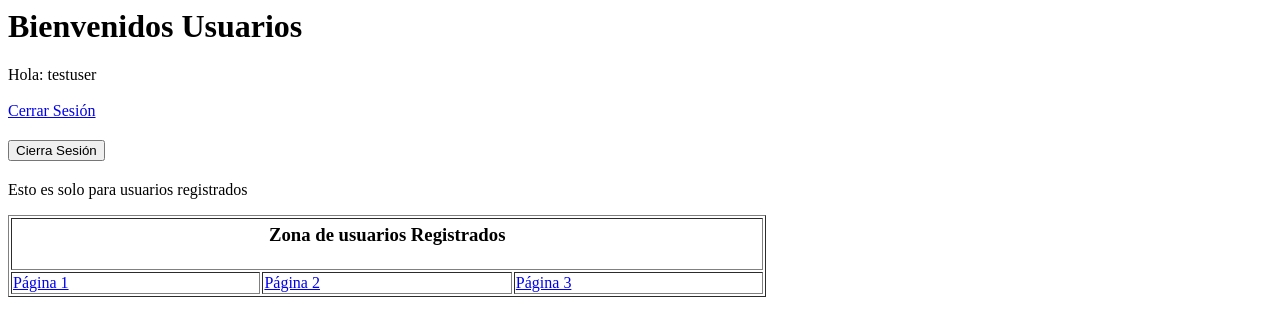
Repository: dasafo/PHP_MySQL_curso
Page: http://localhost/UsuariosRegistrados1.php
These files come from the project's save history. The page is drawn as it stood at one moment and after the next save; the edit follows.
The browser window is 1280 px wide. The pictures show the whole page.
The page is run by PHP 8.4 with error messages shown; the project is at /var/www/html/. The session is filled in as if someone had signed in: {"usuario": "testuser"}. Other server files are loaded and not shown.

Above is the page before, as saved 2018-11-09 18:07:42.

### SistemaLogin_39/UsuariosRegistrados1.php
<!DOCTYPE HTML PUBLIC "-//W3C//DTD HTML 4.01 Frameset//EN">
<html>
<head>
<meta http-equiv="Content-Type" content="text/html; charset=UTF-8">
<title>Insert title here</title>
</head>

<body>

	<?php

	   session_start(); //reanudamos la sesión

	   if(!isset($_SESSION["usuario"])){ //lo hacemos para que no se pueda pegar esta pagina en otro navegador y poder entrar sin pasar por Password

	       header("Location:Login.php");
	   }


	?>

   <h1>Bienvenidos Usuarios</h1>

   <?php

    echo "Hola: " . $_SESSION["usuario"] . "<br><br>";

   ?>

   <a href="Cierre.php">Cerrar Sesión</a>

    <form action="Cierre.php">
    <h2><input type="submit" value="Cierra Sesión" /></h2>
	</form>


   <p>Esto es solo para usuarios registrados</p>



   <table style="width: 60%;" border="1">
      <tbody>
        <tr align="center">
          <td rowspan="1" colspan="3" style="height: 52px;">
            <h3>Zona de usuarios Registrados</h3>
          </td>
        </tr>
        <tr>
          <td><a href="UsuariosRegistrados2.php">Página 1</a></td>
          <td><a href="UsuariosRegistrados3.php">Página 2</a></td>
          <td><a href="UsuariosRegistrados4.php">Página 3</a></td>
        </tr>
      </tbody>
    </table>

</body>

</html>

After the next save:
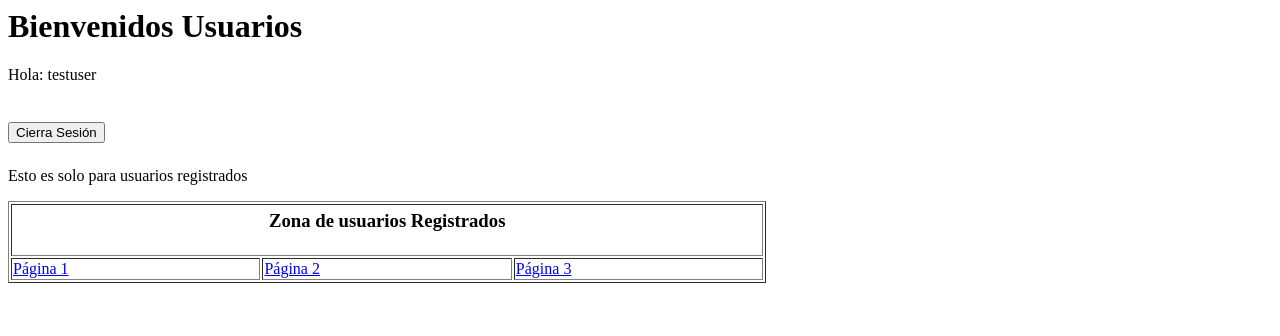
Saved 89 s later.
--- a/SistemaLogin_39/UsuariosRegistrados1.php
+++ b/SistemaLogin_39/UsuariosRegistrados1.php
@@ -27,11 +27,9 @@
 
    ?>
 
-   <a href="Cierre.php">Cerrar Sesión</a>
-
-    <form action="Cierre.php">
-    <h2><input type="submit" value="Cierra Sesión" /></h2>
-	</form>
+    <h2><form action="Cierre.php">
+    <input type="submit" value="Cierra Sesión" />
+	</form></h2>
 
 
    <p>Esto es solo para usuarios registrados</p>
